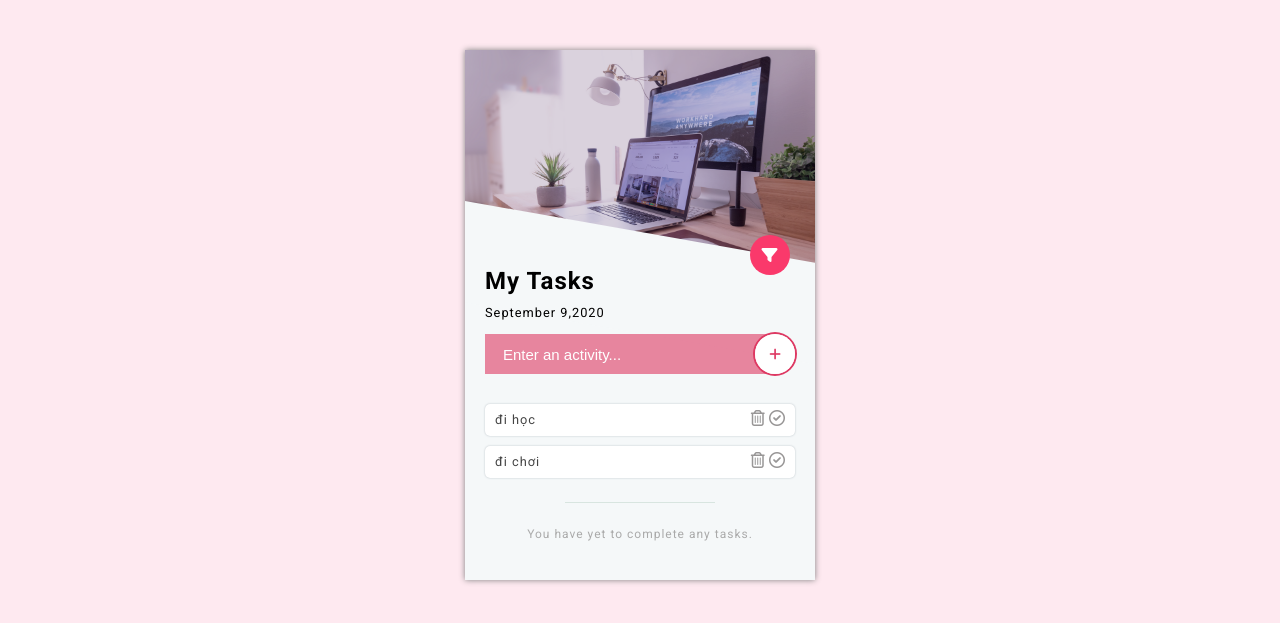
Repository: phongthanhh/JS-ToDoList
Page: index.html
The author's editor kept a copy of each file at every save. The page is drawn from the files as they stood at one save, then again after the next save.
The browser window is 1280 px wide. The pictures show the whole page.

Above is the page before, as saved 2022-12-20 15:54:58.

After the next save:
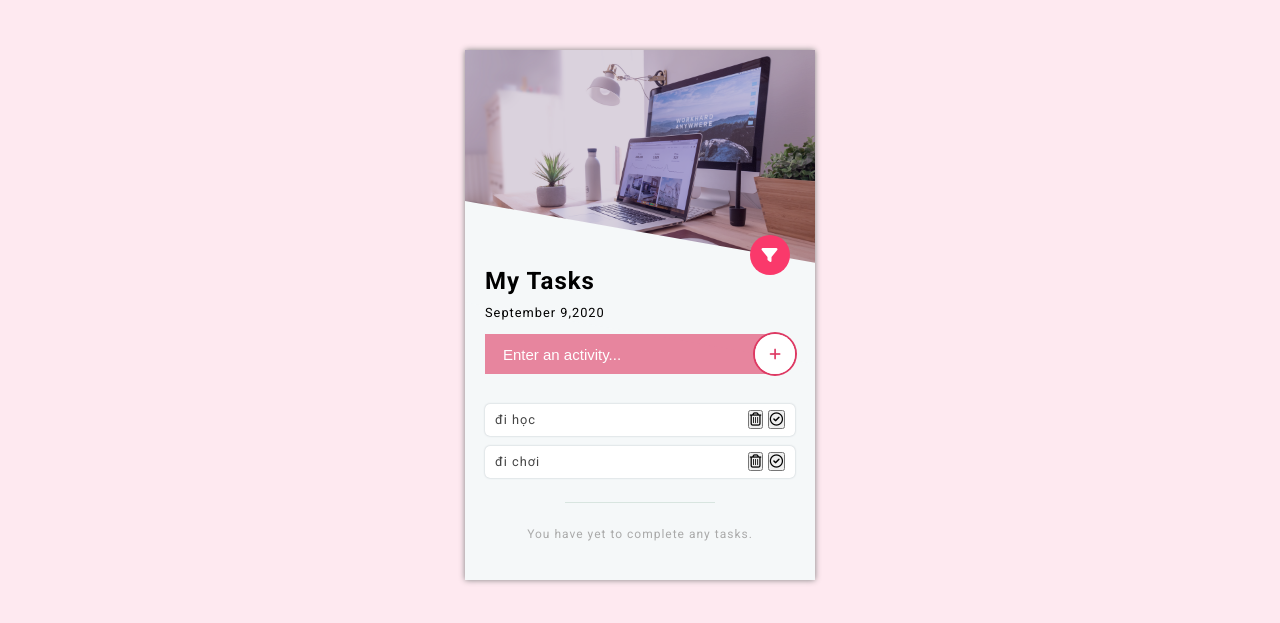
Saved 61 s later.
--- a/css/style.css
+++ b/css/style.css
@@ -329,7 +329,7 @@ ul.todo#completed span{
   color: #25b99a;
 }
 
-.toDoButton button{
+/* .toDoButton button{
   border: none;
   background: transparent;
   cursor: pointer;
@@ -343,4 +343,4 @@ color: #FA396B;
 }
 .toDoButton .btn-check:hover i {
   color: rgb(19, 170, 19);
-  }
+  } */
